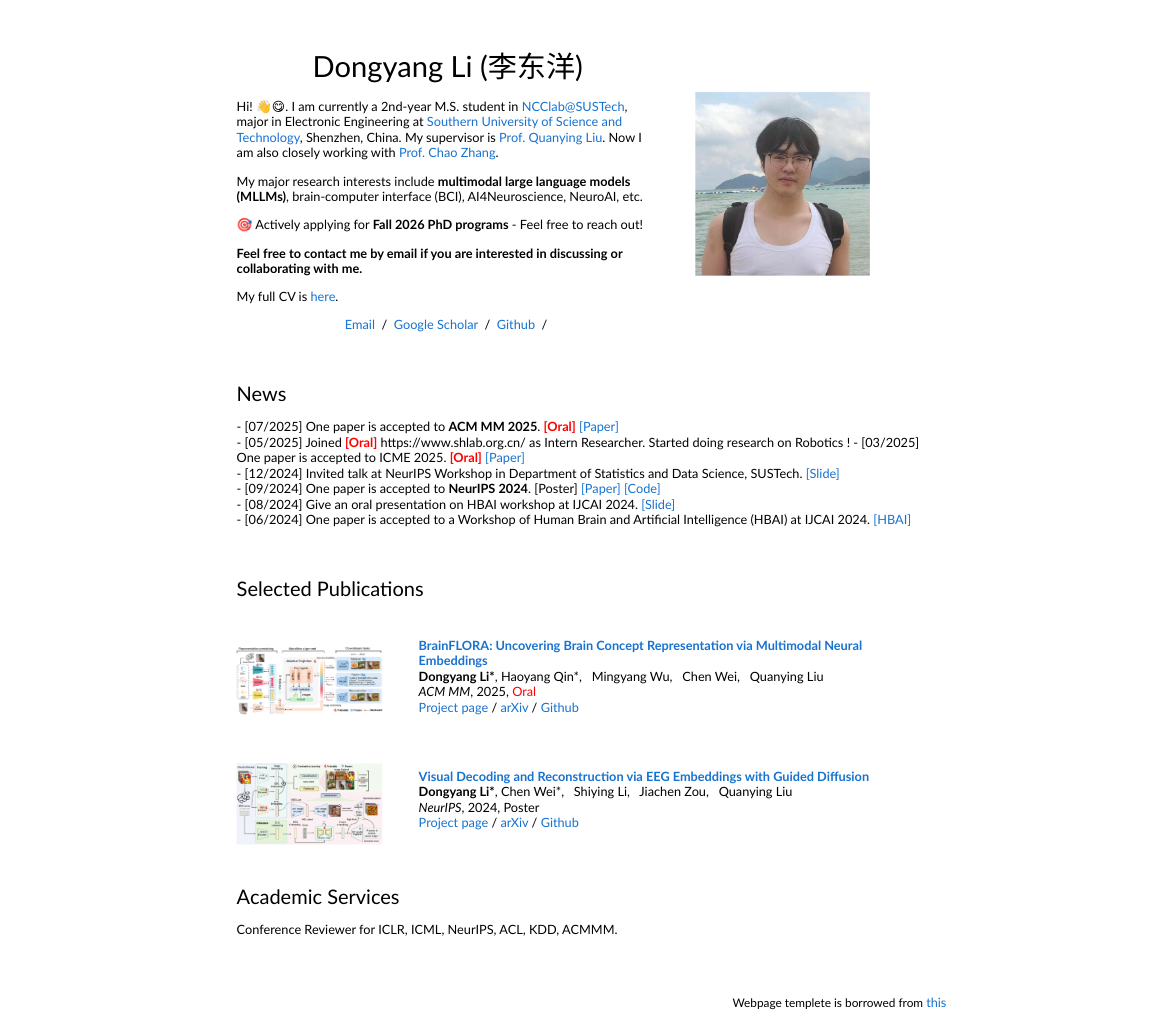
Repository: dongyangli-del/dongyangli-del.github.io
Page: index.html
These files come from the project's save history. The page is drawn as it stood at one moment and after the next save; the edit follows.
The browser window is 1280 px wide. The pictures show the whole page, at 91% of full size.

Above is the page before, as saved 2025-07-12 21:35:53.

### index.html
<!DOCTYPE HTML>
<html lang="en">
  <head>

    <meta http-equiv="Content-Type" content="text/html; charset=UTF-8">

    <title>Dongyang Li (李东洋)</title>

    <meta name="author" content="Dongyang Li (李东洋)">
    <meta name="viewport" content="width=device-width, initial-scale=1">

    <link rel="stylesheet" type="text/css" href="stylesheet.css">
    <link rel="icon" href="data:[embedded picture, 141 characters]">
  </head>

  <body>
    <!-- <div class="content">
      <table style="width:100%;border:0px;border-spacing:0px;border-collapse:separate;margin-right:auto;margin-left:auto;"><tbody>
        <tr style="padding:0px">
          <td style="padding:2.5%;width:63%;vertical-align:middle">
            <p class="name" style="text-align: center;">
              Dongyang Li
            </p>

            </p>
            <p>

            </p>
            <p style="text-align:center">
            </p>
          </td>
          <td style="padding:2.5%;width:40%;max-width:40%">
            <a href="myassets/profile.jpg"><img style="width:100%;max-width:100%" alt="profile photo" src="myassets/profile.jpg" class="hoverZoomLink"></a>
          </td>
        </tr>
      </tbody></table>
    </div> -->
    <table style="width:100%;max-width:800px;border:0px;border-spacing:0px;border-collapse:separate;margin-right:auto;margin-left:auto;"><tbody>
      <tr style="padding:0px">
        <td style="padding:0px">
          <table style="width:100%;border:0px;border-spacing:0px;border-collapse:separate;margin-right:auto;margin-left:auto;"><tbody>
            <tr style="padding:0px">
              <td style="padding:2.5%;width:63%;vertical-align:middle">
                <p class="name" style="text-align: center;">
                  Dongyang Li (李东洋)
                </p>
                <p>
                  Hi! 👋😋.
                  I am currently a 2nd-year M.S. student in <a href="https://faculty.sustech.edu.cn/?tagid=liuqy&iscss=1&snapid=1&orderby=date&go=1">NCClab@SUSTech</a>, major in Electronic Engineering at <a href="https://www.sustech.edu.cn/en/">Southern University of Science and Technology</a>, Shenzhen, China.
                  My supervisor is <a href="https://www.sustech.edu.cn/zh/faculties/liuquanying.html">Prof. Quanying Liu</a>. Now I am also closely working with <a href="https://mi.eng.cam.ac.uk/~cz277/">Prof. Chao Zhang</a>.
                </p>
                <p>
                  My major research interests include <strong>multimodal large language models (MLLMs)</strong>, brain-computer interface (BCI), AI4Neuroscience, NeuroAI, etc.
                </p>
                <p>🎯 Actively applying for <strong>Fall 2026 PhD programs</strong> - Feel free to reach out!</p> <span style="color: black; font-weight: bold;">Feel free to contact me by email if you are interested in discussing or collaborating with me.</span>


                <p>
                  My full CV is <a href="https://dongyangli-del.github.io/files/Dongyang_Li_CV.pdf">here</a>.
                </p>
                <p style="text-align:center">
                  <a href="lidy2023@mail.sustech.edu.cn">Email</a> &nbsp;/&nbsp;
                  <a href="https://scholar.google.com/citations?user=4VTOeU4AAAAJ&hl=zh-CN&oi=ao">Google Scholar</a> &nbsp;/&nbsp;
                  <a href="https://github.com/dongyangli-del">Github</a> &nbsp;/&nbsp;
                  <!-- <a href="https://www.linkedin.com/in/yingqing-he-6b2859168/">LinkedIn</a> -->
                </p>
              </td>
              <td style="padding:2.5%;width:40%;max-width:40%">
                <a href="myassets/profile.jpg"><img style="width:75%;max-width:100%" alt="profile photo" src="myassets/profile.jpg" class="hoverZoomLink"></a>
              </td>
            </tr>
          </tbody></table>

          <table style="width:100%;border:0px;border-spacing:0px;border-collapse:separate;margin-right:auto;margin-left:auto;"><tbody>
            <tr>
            <td style="padding:20px;width:100%;vertical-align:middle">
              <h2>News</h2>
              <p>
                - [07/2025] One paper is accepted to <strong>ACM MM 2025</strong>. <span style="color: red; font-weight: bold;">[Oral]</span> <a href="https://arxiv.org/pdf/2410.23754">[Paper]</a><br>

                - [05/2025] Joined <span style="color: red; font-weight: bold;">[Oral]</span> https://www.shlab.org.cn/ as Intern Researcher. Started doing research on Robotics !

                - [03/2025] One paper is accepted to ICME 2025. <span style="color: red; font-weight: bold;">[Oral]</span> <a href="https://arxiv.org/pdf/2410.23754">[Paper]</a><br>

                - [12/2024] Invited talk at NeurIPS Workshop in Department of Statistics and Data Science, SUSTech. <a href="https://dongyangli-del.github.io/files/DongyangLi-20241201.pdf">[Slide]</a><br>

                - [09/2024] One paper is accepted to <strong>NeurIPS 2024</strong>. [Poster] <a href="https://arxiv.org/abs/2403.07721">[Paper]</a> <a href="https://github.com/dongyangli-del/EEG_Image_decode">[Code]</a> <br>

                - [08/2024] Give an oral presentation on HBAI workshop at IJCAI 2024. <a href="https://dongyangli-del.github.io/files/HBAI_2024_DongyangLi.pdf">[Slide]</a><br>

                - [06/2024] One paper is accepted to a Workshop of Human Brain and Artificial Intelligence (HBAI) at IJCAI 2024. <a href="https://hbai2024.github.io/">[HBAI]</a><br>

                <!-- - [10/2024] <font style="color: #d07c22">Invited talk</font> at <a href="https://venue-tutorial.github.io/">ECCV 2024 VENUE (Recent Advances in Video Content Understanding and Generation) Tutorial</a>
                 on the topic of <i>"LLMs Meet image and video generation"</i>.
                 The slides are available at our <a href="https://github.com/YingqingHe/Awesome-LLMs-meet-Multimodal-Generation/blob/main/ECCV2024-VENUE-Tutorial-Slides-LLM-Meet-Image-and-Video-Generation.pdf">Github repo</a>.<br>
                - [08/2024] <font style="color: #d07c22">Invited talk</font> at <a href="https://hunyuan.tencent.com/">Tencent Hunyuan</a>
                 on the topic of <i>"LLMs Meet Multimodal Generation and Editing"</i><br>
                - [08/2024] 1 paper was accepted to <font style="color: #D8429E">ECCV 2024 AI4VA Workshop</font>.<br>
                - [07/2024] 1 paper was accepted to <font style="color: #D8429E">SIGGRAPH Asia 2024</font>.<br>
                - [07/2024] 1 paper was accepted to <font style="color: #D8429E">ECCV 2024</font>.<br>
                - [05/2024] We released a survey paper: <a href="https://arxiv.org/abs/2405.19334">LLMs Meet Multimodal Generation and Editing: A Survey</a>.<br>
                - [03/2024] <font style="color: #d07c22">Invited talk</font> at <a href="https://www.meituan.com/">Meituan</a> on the topic of <i>"Recent Advance of Text-to-Video Generation"</i>.<br>
                - [03/2024] 1 paper was accepted to <font style="color: #D8429E">CVPR 2024</font>.<br>
                - [02/2024] 1 paper was accepted to <font style="color: #D8429E">TVCG 2024</font>.<br>
                - [01/2024] 2 papers were accepted to <font style="color: #D8429E">ICLR 2024</font> (including 1 Spotlight paper).<br>
                - [12/2023] 1 paper was accepted to <font style="color: #D8429E">AAAI 2024</font>.<br>
                - [11/2023] Released <a href="https://arxiv.org/abs/2310.19512">VideoCrafter 1</a>.<br>
                - [08/2023] 1 paper was accepted to <font style="color: #D8429E">SIGGRAPH Asia 2023</font>.<br>
                - [06/2023] <font style="color: #d07c22">Invited talk</font> at <a href="https://sites.google.com/view/loveucvpr23/home">CVPR 2023 LOVEU Workshop</a> on the topic of <i>"Crafting Your Videos: From Unconditional to <br>
                  &nbsp; &nbsp; &nbsp;&nbsp; &nbsp; &nbsp;&nbsp; &nbsp; &nbsp;&nbsp; &nbsp; &nbsp;&nbsp; &nbsp; &nbsp;&nbsp;&nbsp;
                  Controllable Video Diffusion Models"</i>.<br>
                - [04/2023] Released <a href="https://github.com/AILab-CVC/VideoCrafter">VideoCrafter 0.9</a>.<br>
                - [08/2021] 1 paper was accepted to <font style="color: #D8429E">ACM MM 2021</font> as an <font style="color: #D8429E">Oral</font> paper.<br>  -->
              </p>
            </td>
            </tr>
          </tbody></table>
          <table style="width:100%;border:0px;border-spacing:0px;border-collapse:separate;margin-right:auto;margin-left:auto;"><tbody>

    <table style="width:100%;border:0px;border-spacing:0px;border-collapse:separate;margin-right:auto;margin-left:auto;">
      <tbody>
      <tr>
        <td style="padding:20px;width:100%;vertical-align:middle">
          <h2>Selected Publications</h2>
          <!-- <p>
            I'm interested in computer vision, generative models, image/video generation and editing.
          </p> -->
        </td>
      </tr>
      </tbody>
    </table>
    <table style="width:100%;border:0px;border-spacing:0px;border-collapse:separate;margin-right:auto;margin-left:auto;"><tbody>


      <!-- BrainFLORA -->
      <tr>
        <td style="padding:20px;width:25%;vertical-align:middle">
          <img src='myassets/BrainFLORA.png' width="100%">
        </td>
        <td style="padding:20px;width:75%;vertical-align:middle">
          <a href="https://github.com/dongyangli-del/BrainFLORA">
            <span class="papertitle">BrainFLORA: Uncovering Brain Concept Representation via Multimodal Neural Embeddings</span>
          </a>
          <br>
          <strong>Dongyang Li*</strong>,
          <font style="color:black;">Haoyang Qin*, </font> &nbsp;
          <font style="color: black;">Mingyang Wu, </font> &nbsp;
          <font style="color: black;">Chen Wei, </font> &nbsp;
          <font style="color: black;">Quanying Liu </font> &nbsp;
          <br>
          <em>ACM MM</em>, 2025, <font style="color:red;">Oral</font>
          <br>
          <a href="https://github.com/dongyangli-del/BrainFLORA">Project page</a> /
          <a href="https://arxiv.org/pdf/2403.07721">arXiv</a> /
          <a href="https://github.com/dongyangli-del/BrainFLORA">Github</a>
          <p></p>
          <p>
          </p>
        </td>
      </tr>


      <!-- EEG_Image_Decode -->
      <tr>
        <td style="padding:20px;width:25%;vertical-align:middle">
          <img src='myassets/EEG_Image_decode.png' width="100%">
        </td>
        <td style="padding:20px;width:75%;vertical-align:middle">
          <a href="https://github.com/dongyangli-del/EEG_Image_decode/">
            <span class="papertitle">Visual Decoding and Reconstruction via EEG Embeddings with Guided Diffusion</span>
          </a>
          <br>
          <strong>Dongyang Li*</strong>,
          <font style="color:black;">Chen Wei*, </font> &nbsp;
          <font style="color: black;">Shiying Li, </font> &nbsp;
          <font style="color: black;">Jiachen Zou, </font> &nbsp;
          <font style="color: black;">Quanying Liu </font> &nbsp;
          <br>
          <em>NeurIPS</em>, 2024, Poster
          <br>
          <a href="https://dongyangli-del.github.io/EEG_Image_Decode/">Project page</a> /
          <a href="https://arxiv.org/pdf/2403.07721">arXiv</a> /
          <a href="https://github.com/dongyangli-del/EEG_Image_decode">Github</a>
          <p></p>
          <p>
          </p>
        </td>
      </tr>



    <table style="width:100%;border:0px;border-spacing:0px;border-collapse:separate;margin-right:auto;margin-left:auto;"><tbody>
      <tr>
      <td style="padding:20px;width:100%;vertical-align:middle">
        <h2>Academic Services</h2>
        <p>
          Conference Reviewer for ICLR, ICML, NeurIPS, ACL, KDD, ACMMM.<br>
          <!-- Journal Reviewer for TPAMI, IJCV, ACM Computing Surveys. -->
        </p>
      </td>
    </tr>
    </tbody></table>
    <table style="width:100%;border:0px;border-spacing:0px;border-collapse:separate;margin-right:auto;margin-left:auto;"><tbody>

    <!-- </tbody></table>
          <table width="100%" align="center" border="0" cellspacing="0" cellpadding="20"><tbody>
            <tr>
              <td>
                <h2>Miscellanea</h2>
              </td>
            </tr>
          </tbody></table>
          <table width="100%" align="center" border="0" cellpadding="20"><tbody>

            <tr>
              <td style="padding:20px;width:25%;vertical-align:middle"><img src="images/cvf.jpg"></td>
              <td width="75%" valign="center">
                <a href="https://cvpr2023.thecvf.com/Conferences/2023/Organizers">Demo Chair, CVPR 2023</a>
          <br>
                <a href="https://cvpr2022.thecvf.com/area-chairs">Area Chair, CVPR 2022</a>
                <br>
                <a href="http://cvpr2021.thecvf.com/area-chairs">Area Chair & Longuet-Higgins Award Committee Member, CVPR 2021</a>
                <br>
                <a href="http://cvpr2019.thecvf.com/area_chairs">Area Chair, CVPR 2019</a>
                <br>
                <a href="http://cvpr2018.thecvf.com/organizers/area_chairs">Area Chair, CVPR 2018</a>
              </td>
            </tr>
            <tr>
              <td style="padding:20px;width:25%;vertical-align:middle">
                <img src="images/cs188.jpg" alt="cs188">
              </td>
              <td width="75%" valign="center">
                <a href="http://inst.eecs.berkeley.edu/~cs188/sp11/announcements.html">Graduate Student Instructor, CS188 Spring 2011</a>
                <br>
                <a href="http://inst.eecs.berkeley.edu/~cs188/fa10/announcements.html">Graduate Student Instructor, CS188 Fall 2010</a>
                <br>
                <a href="http://aima.cs.berkeley.edu/">Figures, "Artificial Intelligence: A Modern Approach", 3rd Edition</a>
              </td>
            </tr>


            <tr>
              <td align="center" style="padding:20px;width:25%;vertical-align:middle">
                <h2>Basically <br> Blog Posts</h2>
              </td>
              <td width="75%" valign="middle">
                <a href="https://arxiv.org/abs/2112.11687">Squareplus: A Softplus-Like Algebraic Rectifier</a>
                <br>
                <a href="https://arxiv.org/abs/2010.09714">A Convenient Generalization of Schlick's Bias and Gain Functions</a>
                <br>
                <a href="https://arxiv.org/abs/1704.07483">Continuously Differentiable Exponential Linear Units</a>
                <br>
                <a href="https://jonbarron.info/data/cvpr2023_llm_workshop_annotated.pdf">Scholars & Big Models: How Can Academics Adapt?</a>
              </td>
            </tr>
          </tbody></table> -->


          <table style="width:100%;border:0px;border-spacing:0px;border-collapse:separate;margin-right:auto;margin-left:auto;"><tbody>
            <tr>
              <td style="padding:0px">
                <br>
                <p style="text-align:right;font-size:small;">
                  <!-- Feel free to steal this website's <a href="https://github.com/jonbarron/jonbarron_website">source code</a>. <strong>Do not</strong> scrape the HTML from this page itself, as it includes analytics tags that you do not want on your own website &mdash; use the github code instead. Also, consider using <a href="https://leonidk.com/">Leonid Keselman</a>'s <a href="https://github.com/leonidk/new_website">Jekyll fork</a> of this page. -->
                  Webpage templete is borrowed from <a href="https://github.com/jonbarron/jonbarron_website">this</a>
                </p>
              </td>
            </tr>
          </tbody></table>
        </td>
      </tr>
    </table>
  </body>
</html>

### stylesheet.css
/* latin-ext */
.content {
  width: 1000px;
  padding: 25px 50px;
  margin: 25px auto;
  background-color: white;
  box-shadow: 0px 0px 10px #999;
  border-radius: 15px;
  font-family: "Google Sans";
}

@font-face {
  font-family: 'Lato';
  font-style: italic;
  font-weight: 400;
  src: local('Lato Italic'), local('Lato-Italic'), url(https://fonts.gstatic.com/s/lato/v15/S6u8w4BMUTPHjxsAUi-qNiXg7eU0.woff2) format('woff2');
  unicode-range: U+0100-024F, U+0259, U+1E00-1EFF, U+2020, U+20A0-20AB, U+20AD-20CF, U+2113, U+2C60-2C7F, U+A720-A7FF;
}
/* latin */
@font-face {
  font-family: 'Lato';
  font-style: italic;
  font-weight: 400;
  src: local('Lato Italic'), local('Lato-Italic'), url(https://fonts.gstatic.com/s/lato/v15/S6u8w4BMUTPHjxsAXC-qNiXg7Q.woff2) format('woff2');
  unicode-range: U+0000-00FF, U+0131, U+0152-0153, U+02BB-02BC, U+02C6, U+02DA, U+02DC, U+2000-206F, U+2074, U+20AC, U+2122, U+2191, U+2193, U+2212, U+2215, U+FEFF, U+FFFD;
}
/* latin-ext */
@font-face {
  font-family: 'Lato';
  font-style: italic;
  font-weight: 700;
  src: local('Lato Bold Italic'), local('Lato-BoldItalic'), url(https://fonts.gstatic.com/s/lato/v15/S6u_w4BMUTPHjxsI5wq_FQftx9897sxZ.woff2) format('woff2');
  unicode-range: U+0100-024F, U+0259, U+1E00-1EFF, U+2020, U+20A0-20AB, U+20AD-20CF, U+2113, U+2C60-2C7F, U+A720-A7FF;
}
/* latin */
@font-face {
  font-family: 'Lato';
  font-style: italic;
  font-weight: 700;
  src: local('Lato Bold Italic'), local('Lato-BoldItalic'), url(https://fonts.gstatic.com/s/lato/v15/S6u_w4BMUTPHjxsI5wq_Gwftx9897g.woff2) format('woff2');
  unicode-range: U+0000-00FF, U+0131, U+0152-0153, U+02BB-02BC, U+02C6, U+02DA, U+02DC, U+2000-206F, U+2074, U+20AC, U+2122, U+2191, U+2193, U+2212, U+2215, U+FEFF, U+FFFD;
}
/* latin-ext */
@font-face {
  font-family: 'Lato';
  font-style: normal;
  font-weight: 400;
  src: local('Lato Regular'), local('Lato-Regular'), url(https://fonts.gstatic.com/s/lato/v15/S6uyw4BMUTPHjxAwXiWtFCfQ7A.woff2) format('woff2');
  unicode-range: U+0100-024F, U+0259, U+1E00-1EFF, U+2020, U+20A0-20AB, U+20AD-20CF, U+2113, U+2C60-2C7F, U+A720-A7FF;
}
/* latin */
@font-face {
  font-family: 'Lato';
  font-style: normal;
  font-weight: 400;
  src: local('Lato Regular'), local('Lato-Regular'), url(https://fonts.gstatic.com/s/lato/v15/S6uyw4BMUTPHjx4wXiWtFCc.woff2) format('woff2');
  unicode-range: U+0000-00FF, U+0131, U+0152-0153, U+02BB-02BC, U+02C6, U+02DA, U+02DC, U+2000-206F, U+2074, U+20AC, U+2122, U+2191, U+2193, U+2212, U+2215, U+FEFF, U+FFFD;
}
/* latin-ext */
@font-face {
  font-family: 'Lato';
  font-style: normal;
  font-weight: 700;
  src: local('Lato Bold'), local('Lato-Bold'), url(https://fonts.gstatic.com/s/lato/v15/S6u9w4BMUTPHh6UVSwaPGQ3q5d0N7w.woff2) format('woff2');
  unicode-range: U+0100-024F, U+0259, U+1E00-1EFF, U+2020, U+20A0-20AB, U+20AD-20CF, U+2113, U+2C60-2C7F, U+A720-A7FF;
}
/* latin */
@font-face {
  font-family: 'Lato';
  font-style: normal;
  font-weight: 700;
  src: local('Lato Bold'), local('Lato-Bold'), url(https://fonts.gstatic.com/s/lato/v15/S6u9w4BMUTPHh6UVSwiPGQ3q5d0.woff2) format('woff2');
  unicode-range: U+0000-00FF, U+0131, U+0152-0153, U+02BB-02BC, U+02C6, U+02DA, U+02DC, U+2000-206F, U+2074, U+20AC, U+2122, U+2191, U+2193, U+2212, U+2215, U+FEFF, U+FFFD;
}

a {
  color: #1772d0;
  text-decoration: none;
}
/* a {
  color: #761478b2;
  text-decoration: none;
} */
a:focus,
a:hover {
  color: #f09228;
  text-decoration: none;
}

body,
td,
th,
tr,
/* tr {
  border-bottom: 1px solid rgb(183, 168, 192);
} */
p,
a {
  font-family: 'Lato', Verdana, Helvetica, sans-serif;
  font-size: 14px;
}

strong {
  font-family: 'Lato', Verdana, Helvetica, sans-serif;
  font-size: 14px;
}

h2 {
  margin: 0;
  font-weight: normal;
  font-family: 'Lato', Verdana, Helvetica, sans-serif;
  font-size: 22px;
}

.papertitle {
  font-family: 'Lato', Verdana, Helvetica, sans-serif;
  font-size: 14px;
  font-weight: 700;
}

.name {
  padding-top: 20px;
  margin: 0;
  font-family: 'Lato', Verdana, Helvetica, sans-serif;
  font-size: 32px;
}

.one {
  width: 200px;
  height: 200px;
  position: relative;

}

.two {
  width: 200px;
  height: 200px;
  position: absolute;
  transition: opacity .2s ease-in-out;
  -moz-transition: opacity .2s ease-in-out;
  -webkit-transition: opacity .2s ease-in-out;
}

.fade {
  transition: opacity .2s ease-in-out;
  -moz-transition: opacity .2s ease-in-out;
  -webkit-transition: opacity .2s ease-in-out;
}

span.highlight {
  background-color: #ffffd0;
}

After the next save:
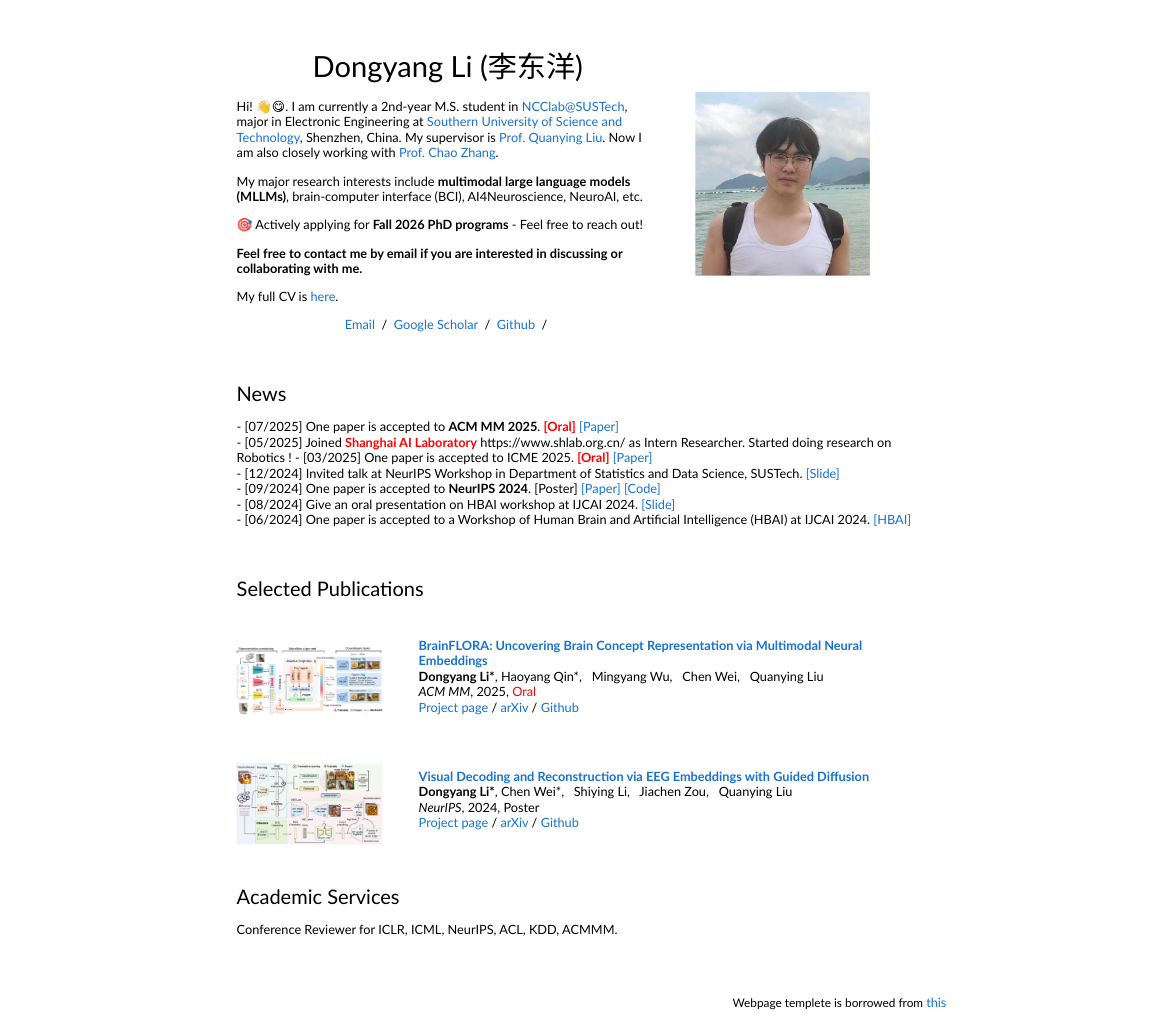
Saved 4 s later.
--- a/index.html
+++ b/index.html
@@ -78,7 +78,7 @@
               <p>
                 - [07/2025] One paper is accepted to <strong>ACM MM 2025</strong>. <span style="color: red; font-weight: bold;">[Oral]</span> <a href="https://arxiv.org/pdf/2410.23754">[Paper]</a><br>
 
-                - [05/2025] Joined <span style="color: red; font-weight: bold;">[Oral]</span> https://www.shlab.org.cn/ as Intern Researcher. Started doing research on Robotics !
+                - [05/2025] Joined <span style="color: red; font-weight: bold;">Shanghai AI Laboratory</span> https://www.shlab.org.cn/ as Intern Researcher. Started doing research on Robotics !
 
                 - [03/2025] One paper is accepted to ICME 2025. <span style="color: red; font-weight: bold;">[Oral]</span> <a href="https://arxiv.org/pdf/2410.23754">[Paper]</a><br>
 
